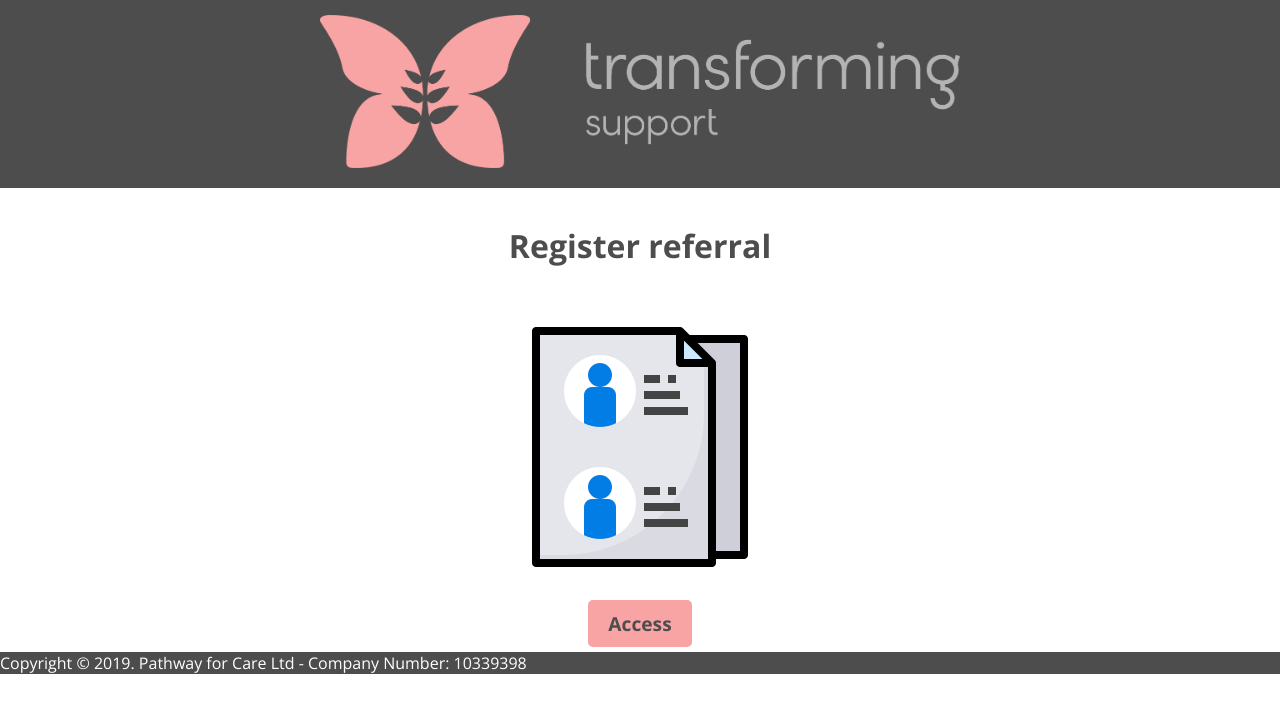
Repository: israelrodriguees/QAactivity
Page: http://localhost/referral/index.jsp
An editor plug-in stored every save of this project. The page is shown before and after the next save, followed by the edit.
The browser window is 1280 px wide. The pictures show the whole page.
The page is served by Tomcat 9. Other server files are loaded and not shown.

Above is the page before, as saved 2021-09-08 14:49:01.

### referral/src/main/webapp/index.jsp
<!DOCTYPE html>
<html>
<head>
<meta charset="ISO-8859-1">
<title>Referral Form</title>
<link rel="icon" href="images/form.png">
<link rel="stylesheet" href="style.css">
</head>
<body>
	<div id="page">

		<header>
			<div class="divHP" style="background-color: #4d4d4d;">
				<img id="TS" src="images/transforming-support-horizontal.png">
			</div>
		</header>
		<main>
			<div class="divHP">
				<h1 style="color: #4d4d4d;">Register referral</h1>
			</div>
			<div class="divHP">
				<img src="images/bigform.png">
			</div>
			<div class="divHP">
				<a href="main" class="button1">Access</a>
			</div>

		</main>
		<footer>
				 Copyright © 2019. Pathway for Care Ltd - Company
					Number: 10339398

		</footer>
	</div>
</body>
</html>

### referral/src/main/webapp/style.css
@charset "ISO-8859-1";

@import
	url('https://fonts.googleapis.com/css2?family=Open+Sans:wght@400;700&display=swap')
	;

body {
	font-family: 'Open Sans', sans-serif;;
	font-size: 1em;
	font-weight: 400;
	margin: 0;
}

h1 {
	color: #f8a4a4;
}

.divHP {
	text-align: center;
	display: inline-block;
	margin: auto;
	padding: 15px 0px 15px 0px;
	width: 100%;
}

.divTable {
	overflow: scroll;
	padding: 10px 0px 10px 0px;
}

.divInput {
	border-color: #0C2749;
	border-width: 3px;
	padding: 2px;
}

#page {
	grid-template-columns: 1fr;
	grid-template-rows: 300px 800px 300px;
	grid-gap: 3px;
	width: 100vw;
	height: 100vh;
	grid-template-areas: "header" "main" "foot";
}

footer {
	background-color: #4d4d4d;
	grid-area: foot;
	color: #ffffff;
}

#TS {
	height: 50%;
	width: 50%;
	text-align: center;
}

.button1 {
	text-decoration: none;
	text-align: center;
	background-color: #f8a4a4;
	padding: 10px 20px 10px 20px;
	color: #4d4d4d;
	font-size: 1.2em;
	font-weight: 700;
	border-radius: 5px;
	border: 0;
	cursor: pointer;
	width: 100px;
	height: 30px;
	margin: auto;
}

.button2 {
	text-decoration: none;
	background-color: #d51213;
	padding: 5px 10px 5px 10px;
	color: #fff;
	font-size: 1.2em;
	font-weight: 700;
	border-radius: 5px;
}

.Box1 {
	width: 800px;
	padding: 15px;
	margin-bottom: 10px;
	border: 1px solid #f8a4a4;
	border-radius: 5px;
}

.Box2 {
	width: 800px;
	height: 200px;
	padding: 15px;
	margin-bottom: 10px;
	border: 1px solid #f8a4a4;
	border-radius: 5px;
}

#Box3 {
	padding: 15px;
	margin-bottom: 10px;
	border: 1px solid #ff0000;
	border-radius: 5px;
}

#table {
	margin-top: 30px;
	border-collapse: collapse;
	overflow: auto;
}

#table th {
	border: 1px solid #4d4d4d;
	padding: 10px;
	text-align: left;
	color: #4d4d4d;
	background-color: #f8a4a4;
}

#table td {
	border: 1px solid #4d4d4d;
	padding: 10px;
}

select {
	-webkit-appearance: none;
	-moz-appearance: none;
	appearance: none;
}

After the next save:
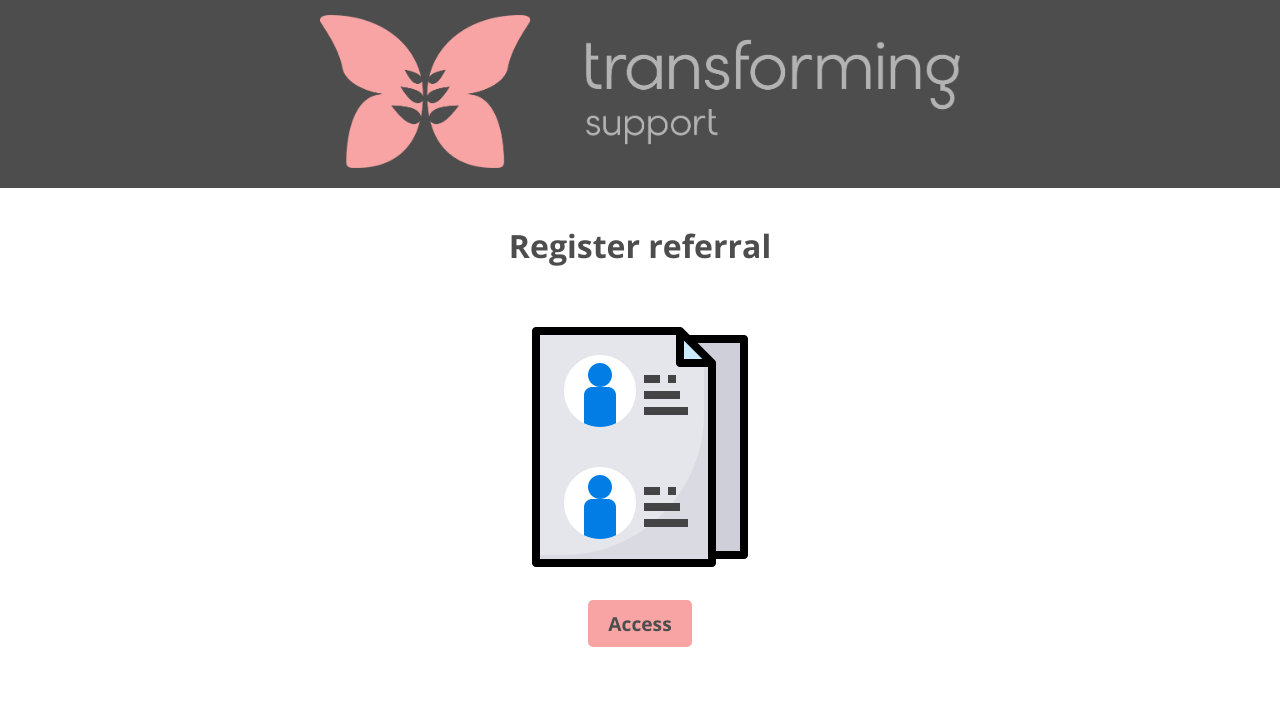
Saved 17 s later.
--- a/referral/src/main/webapp/index.jsp
+++ b/referral/src/main/webapp/index.jsp
@@ -27,8 +27,6 @@
 
 		</main>
 		<footer>
-				 Copyright © 2019. Pathway for Care Ltd - Company
-					Number: 10339398
 
 		</footer>
 	</div>
